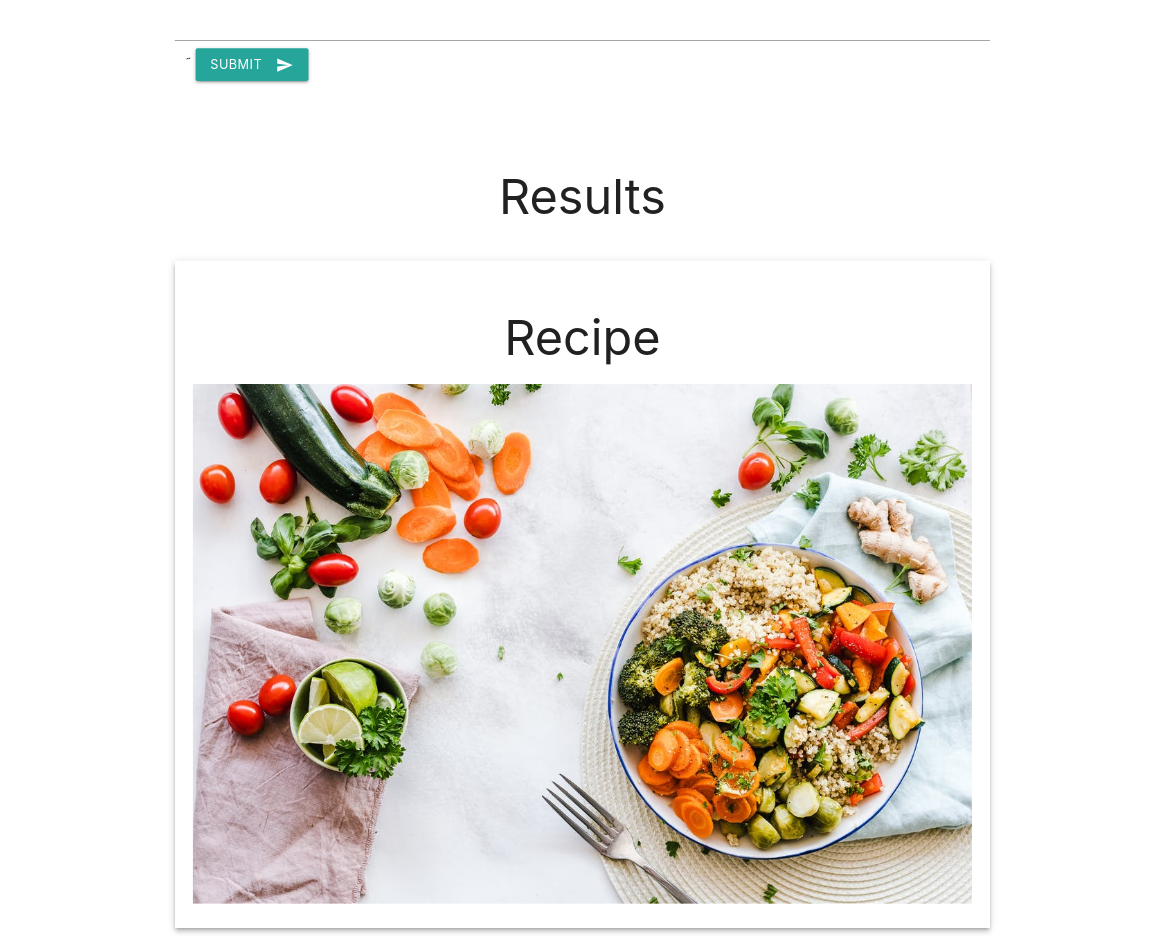
Repository: Aaron-R-Carter/Project1
Page: prototype.html
These files come from the project's save history. The page is drawn as it stood at one moment and after the next save; the edit follows.
The browser window is 1280 px wide. The pictures show the whole page, at 91% of full size.

Above is the page before, as saved 2019-11-03 19:03:38.

After the next save:
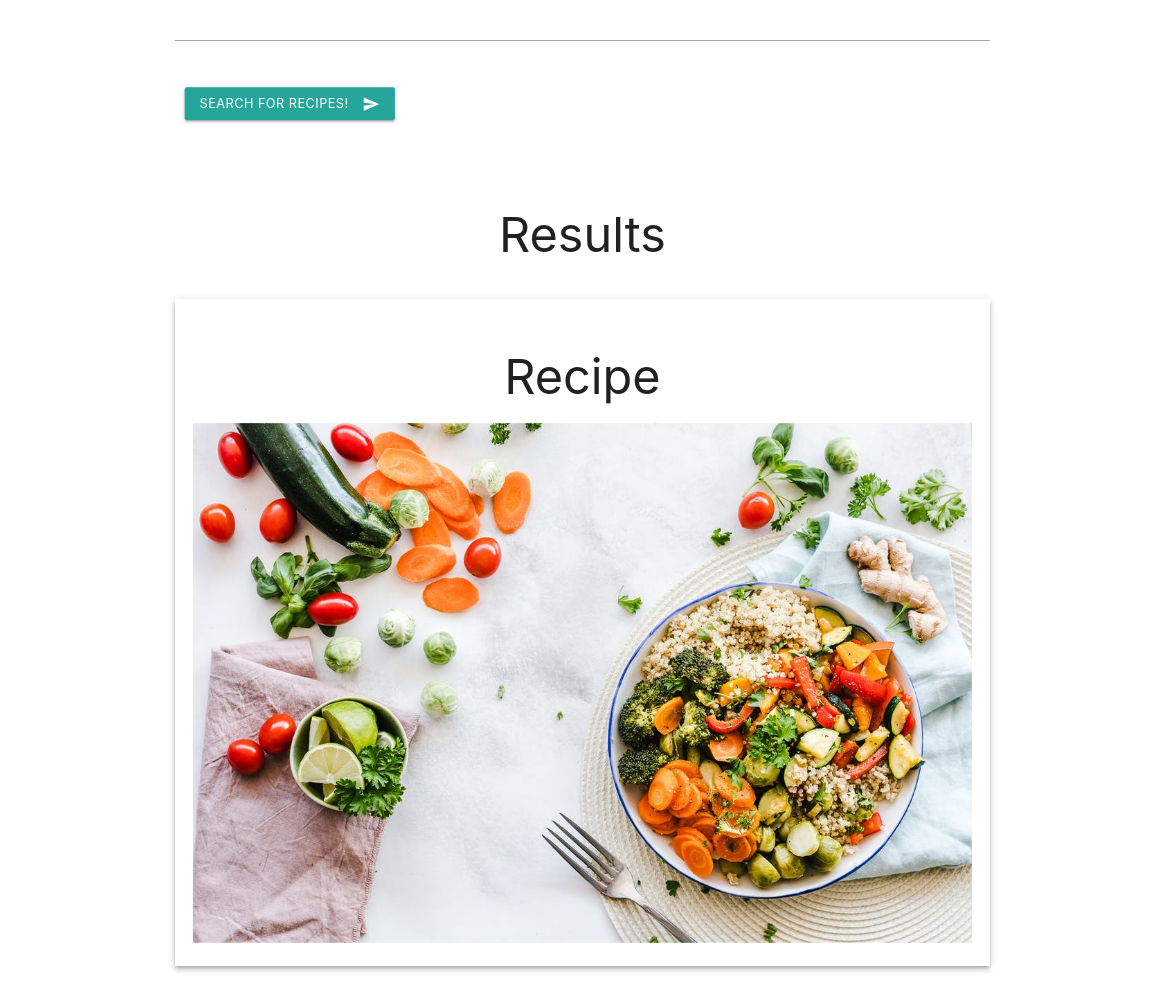
Console error: SyntaxError: Unexpected token '<'
Saved 17 h 42 min later.
--- a/prototype.html
+++ b/prototype.html
@@ -9,46 +9,76 @@
     <link rel="stylesheet" href="./style.css">
     <!--Let browser know website is optimized for mobile-->
     <meta name="viewport" content="width=device-width, initial-scale=1.0" />
+
 </head>
 
 <body>
+
     <div class="container" id="main-forms-container">
-        <div class="chips" id="ingredients">
+
+        <div class="row" id="chip-form">
+
+            <div class="chips" id="ingredients">
+            </div>
+
         </div>
         <div class="row" id="form-row">
-            <form class="col s12" id="form-column">˜
-                <button class="btn waves-effect waves-light" type="submit" name="action">Submit
+
+            <form class="col s12" id="form-column">
+
+                <br>
+
+                <button class="btn waves-effect waves-light" type="submit" name="action">Search for Recipes!
                     <i class="material-icons right">send</i>
                 </button>
+
             </form>
         </div>
+
         <div class="row" id="chips-row">
+
             <div class="col s12" id="chips-column">
+
             </div>
         </div>
+
         <div class="row" id="submit-row">
+
             <div class="col s12" id="submit-column">
+
+
             </div>
         </div>
+
+
+
     </div>
+
     <div id="main-container" class="container">
+
         <div id="results-header-row" class="row">
             <div id="results-header-col" class="col s12 center-align ">
                 <h2>Results</h2>
+                <p id="result"></p>
             </div>
         </div>
         <div id="results-recipe-row" class="row">
             <div id="results-recipe-col" class="col s12 center-align z-depth-2">
                 <h2>Recipe</h2>
+
+
                 <img src="./images/food-pic.jpeg" alt="" class="responsive-img" alt="recipe-test">
             </div>
         </div>
+
     </div>
+
+
 
     <script src="https://code.jquery.com/jquery-3.4.1.min.js"
         integrity="sha256-CSXorXvZcTkaix6Yvo6HppcZGetbYMGWSFlBw8HfCJo=" crossorigin="anonymous"></script>
     <script src="https://cdnjs.cloudflare.com/ajax/libs/materialize/1.0.0/js/materialize.min.js"></script>
-    <script src="./script.js"></script>
+    <script src="./prototype.html"></script>
 
 </body>
 

After the save that followed:
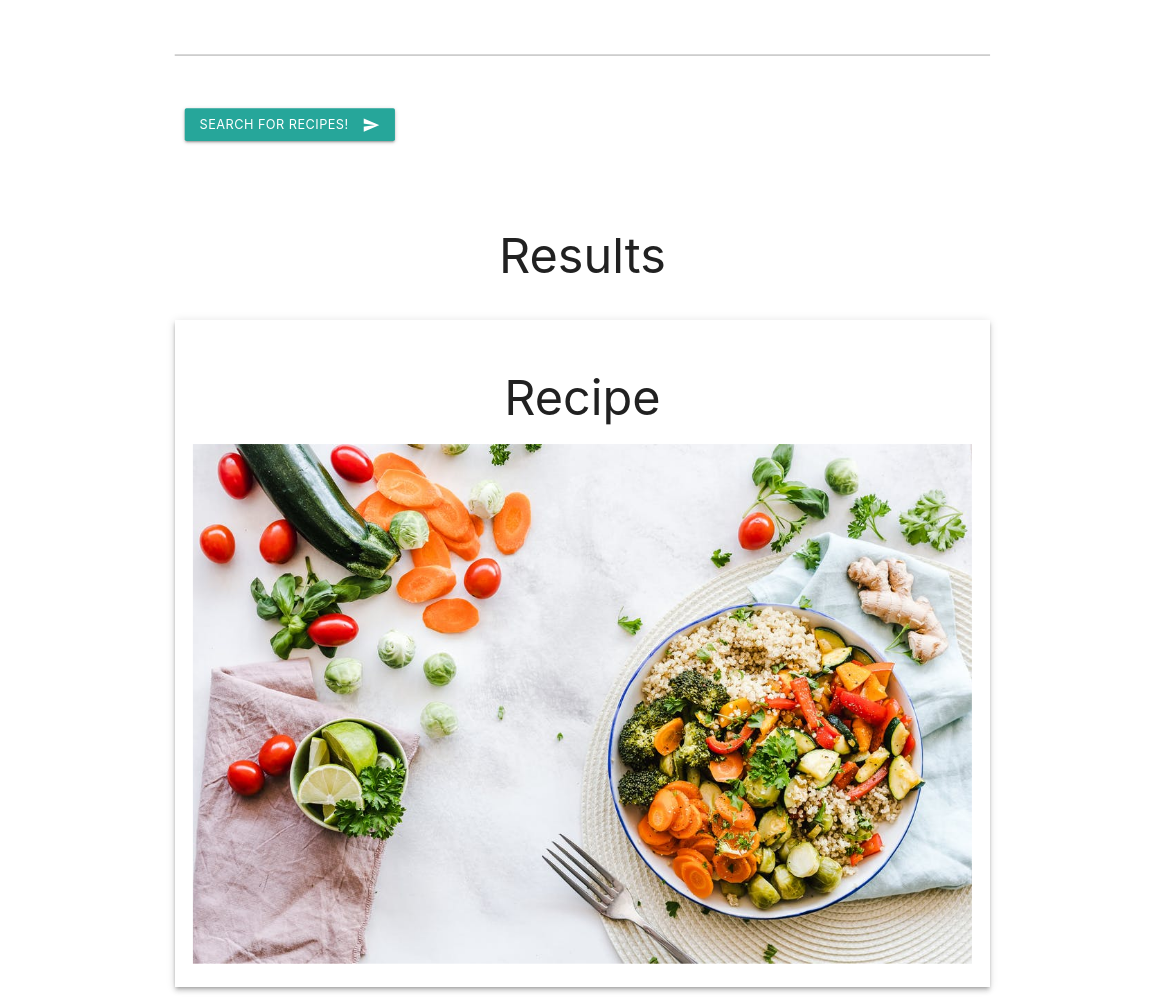
The error is gone.
Saved 26 s later.
--- a/prototype.html
+++ b/prototype.html
@@ -78,7 +78,7 @@
     <script src="https://code.jquery.com/jquery-3.4.1.min.js"
         integrity="sha256-CSXorXvZcTkaix6Yvo6HppcZGetbYMGWSFlBw8HfCJo=" crossorigin="anonymous"></script>
     <script src="https://cdnjs.cloudflare.com/ajax/libs/materialize/1.0.0/js/materialize.min.js"></script>
-    <script src="./prototype.html"></script>
+    <script src="./Prototype.js"></script>
 
 </body>
 
